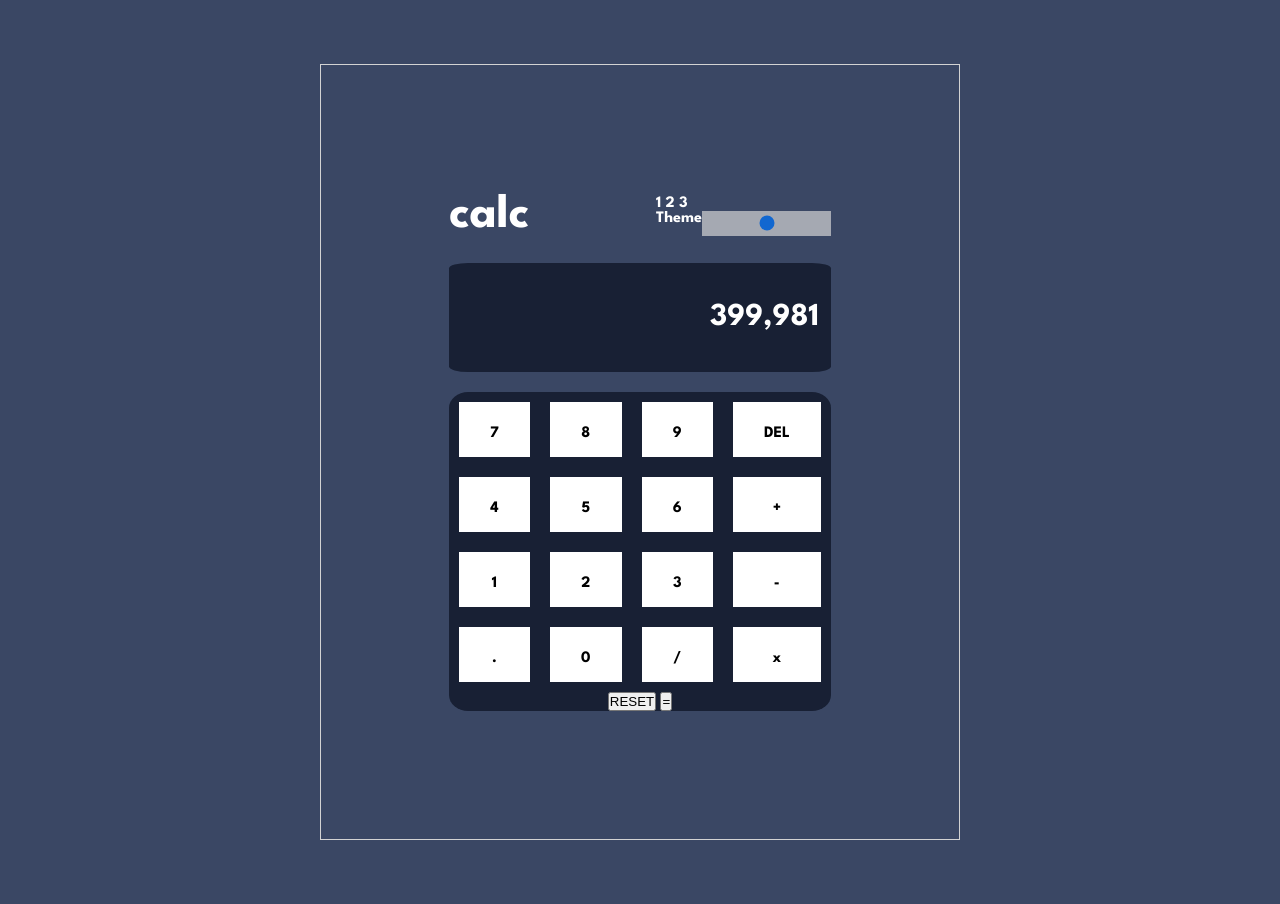
Repository: DevLaukey/calc-with-css-js
Page: index.html
The author's editor kept a copy of each file at every save. The page is drawn from the files as they stood at one save, then again after the next save.
The browser window is 1280 px wide. The pictures show the whole page.

Above is the page before, as saved 2022-05-18 13:31:21.

### index.html
<!DOCTYPE html>
<html lang="en">
  <head>
    <meta charset="UTF-8" />
    <meta http-equiv="X-UA-Compatible" content="IE=edge" />
    <meta name="viewport" content="width=device-width, initial-scale=1.0" />
    <title>Calculator</title>
    <link rel="stylesheet" href="./styles.css" />
    <link rel="preconnect" href="https://fonts.googleapis.com" />
    <link rel="preconnect" href="https://fonts.gstatic.com" crossorigin />
    <link
      href="https://fonts.googleapis.com/css2?family=League+Spartan:wght@700&display=swap"
      rel="stylesheet"
    />
  </head>
  <body>
    <div class="body">
      <header class="calculator__header">
        <div>
          <p class="calculator__name text">calc</p>
        </div>
        <div class="calculator__slider">
          <div class="text">
            <p class="calculator__smallText">1 2 3</p>
            <div class="calculator__block">
              <p class="calculator__smallText">Theme</p>
              <input
                class="slider"
                type="range"
                min="1"
                max="3"
                name=""
                id=""
              />
            </div>
          </div>
        </div>
      </header>
      <div class="calculator__display">
        <p class="text calculator__solution">399,981</p>
      </div>
      <div class="calculator__input">
        <div class="calculator__row">
          <p class="calculator__button seven">7</p>
          <p class="calculator__button eight">8</p>
          <p class="calculator__button nine">9</p>
          <p class="calculator__button del">DEL</p>
          <p class="calculator__button four">4</p>
          <p class="calculator__button five">5</p>
          <p class="calculator__button six">6</p>
          <p class="calculator__button plus">+</p>
          <p class="calculator__button one">1</p>
          <p class="calculator__button two">2</p>
          <p class="calculator__button three">3</p>
          <p class="calculator__button minus">-</p>

          <p class="calculator__button dot">.</p>
           <p class="calculator__button minus">0</p>
          <p class="calculator__button slash">/</p>
          <p class="calculator__button multiply">x</p>

        </div>
        <div class="calculator__control">
            <button class="control reset">RESET</button>
            <button class="control equals">=</button>
          </div>
      </div>
    </div>
  </body>
</html>

### styles.css
* {
  margin: 0;
  padding: 0;
  box-sizing: border-box;
}

body {
  background-color: hsl(222, 26%, 31%);
}
.body {
  font-family: "League Spartan", sans-serif;
  /* width: 100%; */
  padding: 10%;
  margin-bottom: 5%;
  margin-top: 5%;
  margin-left: 25%;
  margin-right: 25%;
  border: 1px solid #d3d3d3;
}
.calculator__header {
  display: flex;
  width: 100%;
  justify-content: space-between;
  margin-bottom: 25px;
}
.calculator__block {
  display: flex;
}
.calculator__name {
  font-size: 3em;
  color: white;
}
.calculator__slider {
  display: flex;
  align-self: center;
}
.text {
  color: white;
}
.numbers {
  color: hsl(221, 14%, 31%);
}
.slider {
  -webkit-appearance: none;
  /* width: 100%; */
  height: 25px;
  background: #d3d3d3;
  /* outline: none; */
  opacity: 0.7;
  -webkit-transition: 0.2s;
  transition: opacity 0.2s;
}

.slider:hover {
  opacity: 1;
}
.slider::-webkit-slider-thumb {
  /* -webkit-appearance: none; */
  /* appearance: none; */
  width: 25px;
  height: 25px;
  background: #04aa6d;
  cursor: pointer;
}

.slider::-moz-range-thumb {
  width: 25px;
  height: 25px;
  background: #04aa6d;
  cursor: pointer;
}

.calculator__display {
  background-color: hsl(224, 36%, 15%);
  display: flex;
  flex-direction: row-reverse;
  border-radius: 5%;
  padding: 2.5em 0.75rem 2.5em 0.75em;
  margin-bottom: 20px;
}
.calculator__solution {
  font-size: 2em;
}
.calculator__input {
  background-color: hsl(224, 36%, 15%);
  border-radius: 5%;
text-align: center;
  display: flex;
  flex-direction: column;
}
.calculator__row{
    display: grid;
  gap: 20px;
  grid-template-columns: auto auto auto auto;
    padding: 10px;
    /* text-align: center; */

}
.calculator__button {
    background-color: white;
    padding-top: 1.5em;
    padding-bottom: 1em;
    padding-left: -0.2em;
    padding-right: -0.2em
    border-radius: 5%;
    box-shadow: hsl(224, 28%, 35%) 15px;
}

After the next save:
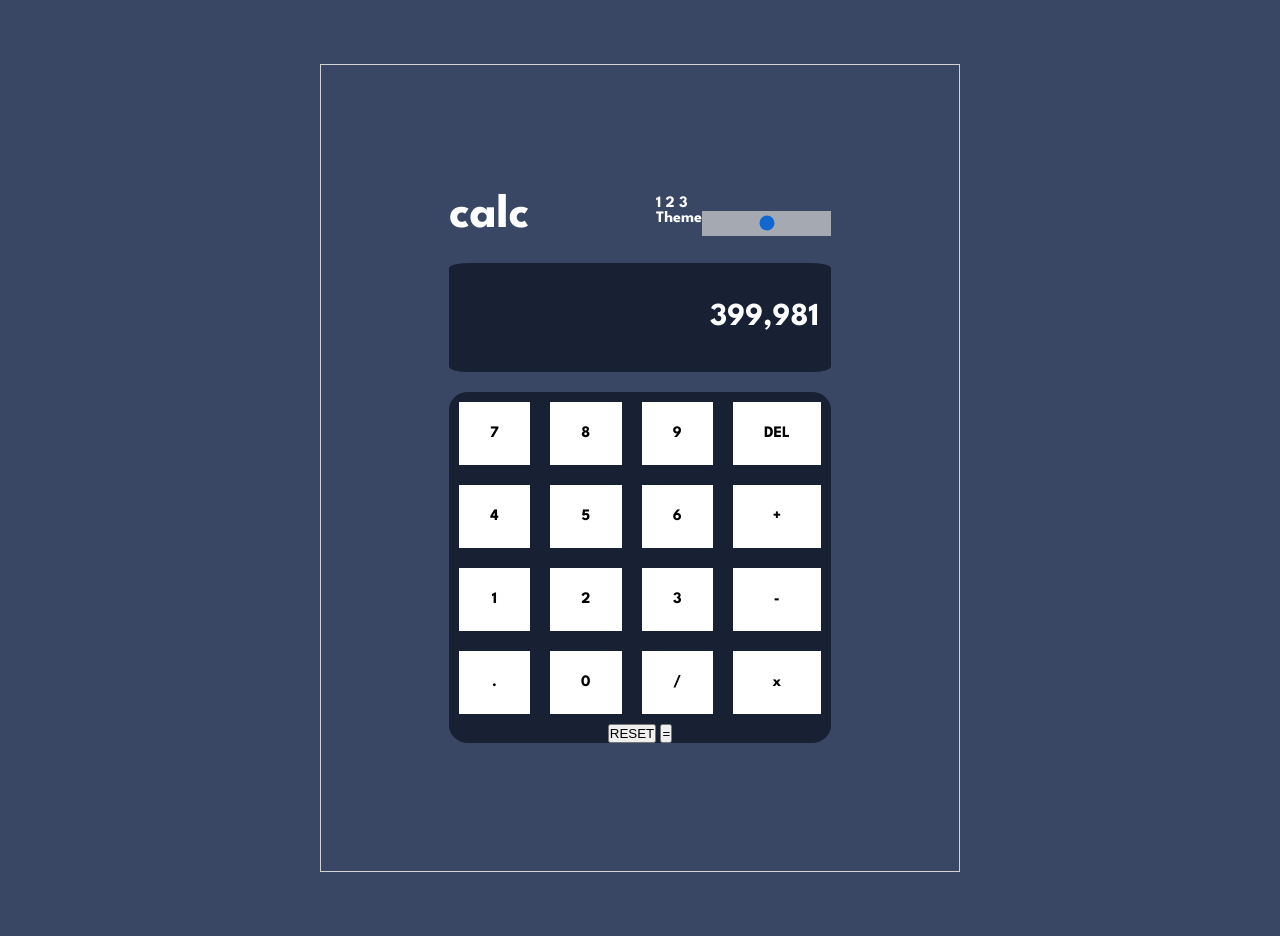
Saved 4 s later.
--- a/styles.css
+++ b/styles.css
@@ -99,7 +99,7 @@ text-align: center;
 .calculator__button {
     background-color: white;
     padding-top: 1.5em;
-    padding-bottom: 1em;
+    padding-bottom: 1.5em;
     padding-left: -0.2em;
     padding-right: -0.2em
     border-radius: 5%;
